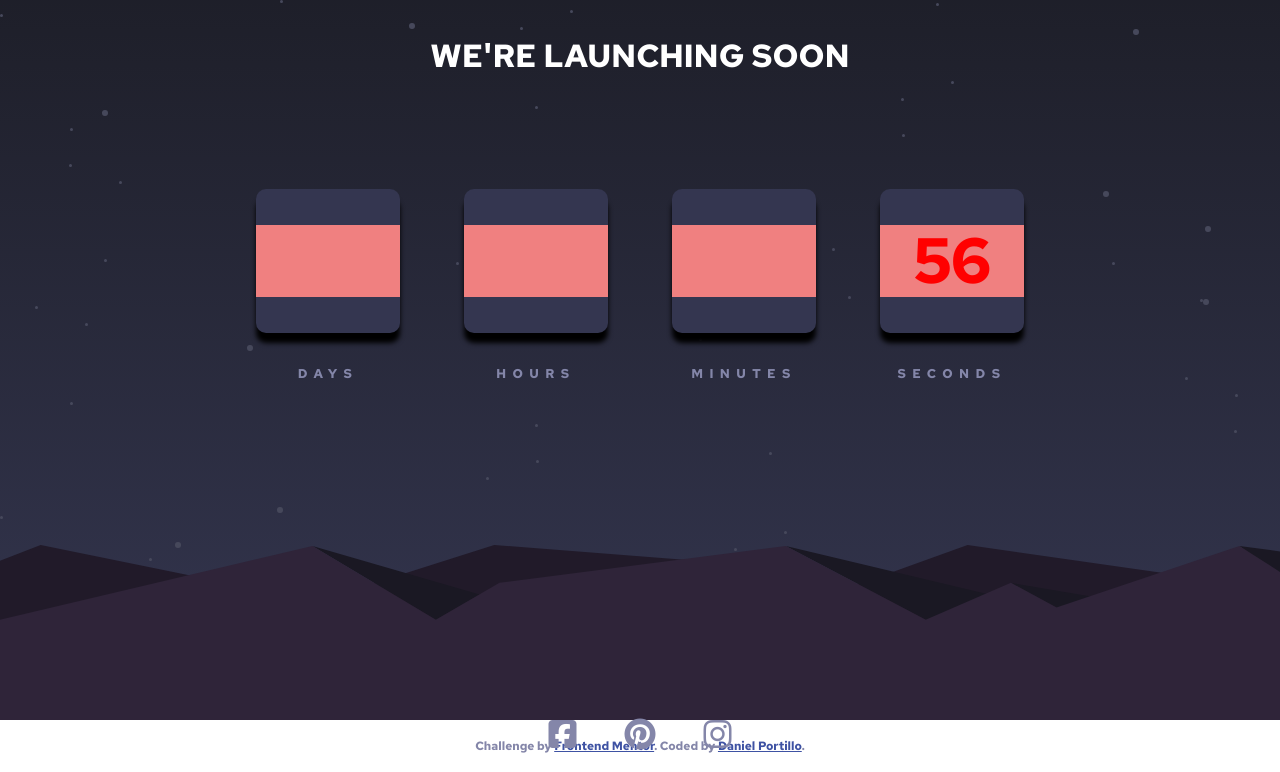
Repository: dportillo23/launch-countdown-timer-main
Page: index.html
An editor plug-in stored every save of this project. The page is shown before and after the next save, followed by the edit.
The browser window is 1280 px wide. The pictures show the whole page.
Some web libraries are served in a nearby version. The style sheet was rebuilt from its Sass, Less or Tailwind sources for each picture, by a compiler version that may differ from the author's.

Above is the page before, as saved 2021-06-28 18:20:37.

### index.html
<!DOCTYPE html>
<html lang="en">

<head>
  <meta charset="UTF-8">
  <meta name="viewport" content="width=device-width, initial-scale=1.0">

  <!-- displays site properly based on user's device -->
  <link rel="stylesheet" href="style.css">
  <link rel="icon" type="image/png" sizes="32x32" href="./images/favicon-32x32.png">

  <!-- Fontawesome connection -->
  <script src="https://kit.fontawesome.com/22e099610c.js" crossorigin="anonymous"></script>
  <link rel="stylesheet" href="path/to/font-awesome/css/font-awesome.min.css">

  <!-- Google fonts -->
  <link rel="preconnect" href="https://fonts.gstatic.com">
  <link href="https://fonts.googleapis.com/css2?family=Red+Hat+Text:wght@700&display=swap" rel="stylesheet">

  <title>Frontend Mentor | Launch countdown timer</title>

</head>

<body>
  <div class="header">
    <div class="container">

      <h1 class="title">We're launching soon</h1>

      <!-- Cards Section -->
      <div class="cards--section">

        <!-- Days card -->
        <div class="cards--container">
          <div class="card--number--container days" id="days">
            14
          </div>
          <h3 class="card--subtitle">Days</h3>
        </div>

        <!-- Hours card -->
        <div class="cards--container">
          <div class="card--number--container front  hours" id="hours">
            00
          </div>
          <h3 class="card--subtitle">Hours</h3>
        </div>

        <!-- Minutes card -->
        <div class="cards--container">
          <div class="card--number--container  minutes" id="minutes">
            00
          </div>
          <h3 class="card--subtitle">Minutes</h3>
        </div>

        <!-- Seconds card -->
        <div class="cards--container">
          <div class="card--number--container seconds" data-value="" id="seconds">
           00
          </div>
          <h3 class="card--subtitle">Seconds</h3>
        </div>
      </div>

      <!-- Social media icons section -->
      <div class="social--container">
        <img src="./images/pattern-hills.svg" alt="hills" srcset="">
        <a href=""><i class="fab fa-facebook-square"></i></a></i><a href=""><i class="fab fa-pinterest"></i></a><a
          href=""><i class="fab fa-instagram"></i></a></div>
    </div>
  </div>

<!-- Footer -->
  <footer>
    <div class="attribution">
      Challenge by <a href="https://www.frontendmentor.io?ref=challenge" target="_blank">Frontend Mentor</a>.
      Coded by <a href="https://dportillo23.github.io/My-Personal-Site/">Daniel Portillo</a>.
    </div>
  </footer>

  <script src="app.js"></script>
</body>

</html>

### app.js
// Constants and DOM objects
const seconds = 1000;
const minutes = seconds * 60;
const hours = minutes * 60;
const days = hours * 24;



//  Timer elements
const timeDays = document.getElementById("days");
const timeHours = document.getElementById("hours");
const timeMinutes = document.getElementById("minutes");
const timeSeconds = document.getElementById("seconds");

// Cards Elements
const daysContainer = document.querySelector(".days");
const hoursContainer = document.querySelector(".hours");
const minutesContainer = document.querySelector(".minutes");
const secondsContainer = document.querySelector(".seconds");




// Functions
function difference(endTime, startTime) {
    return endTime - startTime;
}

function addLeadingZero(num) {
    if (num < 10) {
        num = "0" + num;
    }
    return num;
}


function flipCard(card) {
    card.classList.toggle("flipped");
}


//  Interval to make the countdown
var counter = 0
var leftTime = {
    d: [],
    h: [],
    m: [],
    s: [],
}

//Change 60 for 00
const sixtyToZero = num => {
    if (num == 60) {
        num = "00"
    }

    return num
}

// Set counter final day
const finish = new Date();
finish.setDate(finish.getDate() + 14);

// Start countdown
setInterval(() => {
    const actualTime = new Date();
    const timeDifference = difference(finish, actualTime);

    if (counter === 0) {
        leftTime = {
            d: [Math.floor(timeDifference / days), Math.floor(timeDifference / days)],
            h: [Math.floor((timeDifference % days)/ hours ), Math.floor((timeDifference % days)/ hours )],
            m: [Math.floor((timeDifference % hours) / minutes), Math.floor((timeDifference % hours) / minutes)],
            s: [Math.floor((timeDifference % minutes) / seconds) + 1, Math.floor((timeDifference % minutes) / seconds) + 1],
        }

    } else {
        leftTime = {
            d: [Math.floor(timeDifference / days), leftTime.d[0]],
            h: [Math.floor((timeDifference % days)/ hours ), leftTime.h[0]],
            m: [Math.floor((timeDifference % hours) / minutes), leftTime.m[0]],
            s: [Math.floor((timeDifference % minutes) / seconds) + 1, leftTime.s[0]],
        }
    }


    // Add leading zero if needed
    for (const item in leftTime) {
        leftTime[item] = leftTime[item].map(num => addLeadingZero(num))
    }


    //  Change numbers in HTML
    secondsContainer.setAttribute("data-value", leftTime.s[0])
    timeDays.innerHTML = sixtyToZero(leftTime.d[0]);
    timeHours.innerHTML = sixtyToZero(leftTime.h[0]);
    timeMinutes.innerHTML = sixtyToZero(leftTime.m[0]);
    timeSeconds.innerHTML = sixtyToZero(leftTime.s[0]);

    counter += 1

    console.log(leftTime)

}, 500);

### style.scss
*,
*::before,
*::after {
    box-sizing: border-box;
    margin: 0;
}

$col-ppal: hsl(237, 18%, 59%);
$col-red: hsl(345, 95%, 68%);

$col-dark: hsl(236, 21%, 26%);
$col-dark-blue: hsl(235, 16%, 14%);
$col-darker: hsl(234, 17%, 12%);

body {
    font-family: 'Red Hat Text', sans-serif;
    color: $col-ppal;
}

.header {
    min-height: 100vh;
    display: flex;
    flex-direction: column;
    justify-content: center;
    align-items: center;
    background: linear-gradient($col-dark-blue, $col-dark);
}

.container {
    min-height: 100vh;
    width: 100%;
    display: flex;
    flex-direction: column;
    justify-content: center;
    align-items: center;
    gap: 7em;
    position: relative;
    background: url('./images/bg-stars.svg');
}

.title {
    text-transform: uppercase;
    color: #fff;
}

// Cards Secition

.cards--section {
    display: flex;
    gap: 4em;
}

.cards--container {
    display: flex;
    flex-direction: column;
    gap: 2em;
    justify-content: center;
    align-items: center;
}

.card--number--container {
    display: flex;
    justify-content: center;
    align-items: center;
    padding: 1em;
    width: 2.25em;
    height: 2.25em;
    background-color: $col-dark;
    border-radius: 10px;
    box-shadow: 0 10px 5px black;
    position: relative;
    overflow: hidden;
    transition: all 0.5s ease;
    backface-visibility: hidden;
    transform: rotateX(0deg);
    color: $col-red;
    font-size: 4rem;

    &::before {
        content: attr(data-value);
        width: 100%;
        height: 50%;
        color: red;
        background-color: lightcoral;
        position: absolute;
        display: flex;
        justify-content: center;
        align-items: center;
    }

    // &::after {
    //     content: attr(data-value);
    //     width: 100%;
    //     height: 100%;
    //     color: blue;
    //     position: absolute;
    //     display: flex;
    //     justify-content: center;
    //     align-items: center;
    // }
}

.card--subtitle {
    text-transform: uppercase;
    letter-spacing: 0.5em;
    font-size: 0.8em;
}

// Social media section

.social--container {
    width: 100%;
    height: 100%;
    padding-top: 10em;
    display: flex;
    align-items: center;
    justify-content: center;
    gap: 3em;
    // background: lightblue;

    img {
        width: 100%;

        position: absolute;
        z-index: 0;
        bottom: 0;
    }
}

.fab {
    position: relative;
    top: 2em;
    z-index: 1;
    font-size: 2rem;
    color: $col-ppal;

    &:hover {
        color: $col-red;
    }
}

// Footer

.attribution {
    padding: 1.5em;
    font-size: 12px;
    text-align: center;

    a {
        color: hsl(228, 45%, 44%);
    }
}

After the next save:
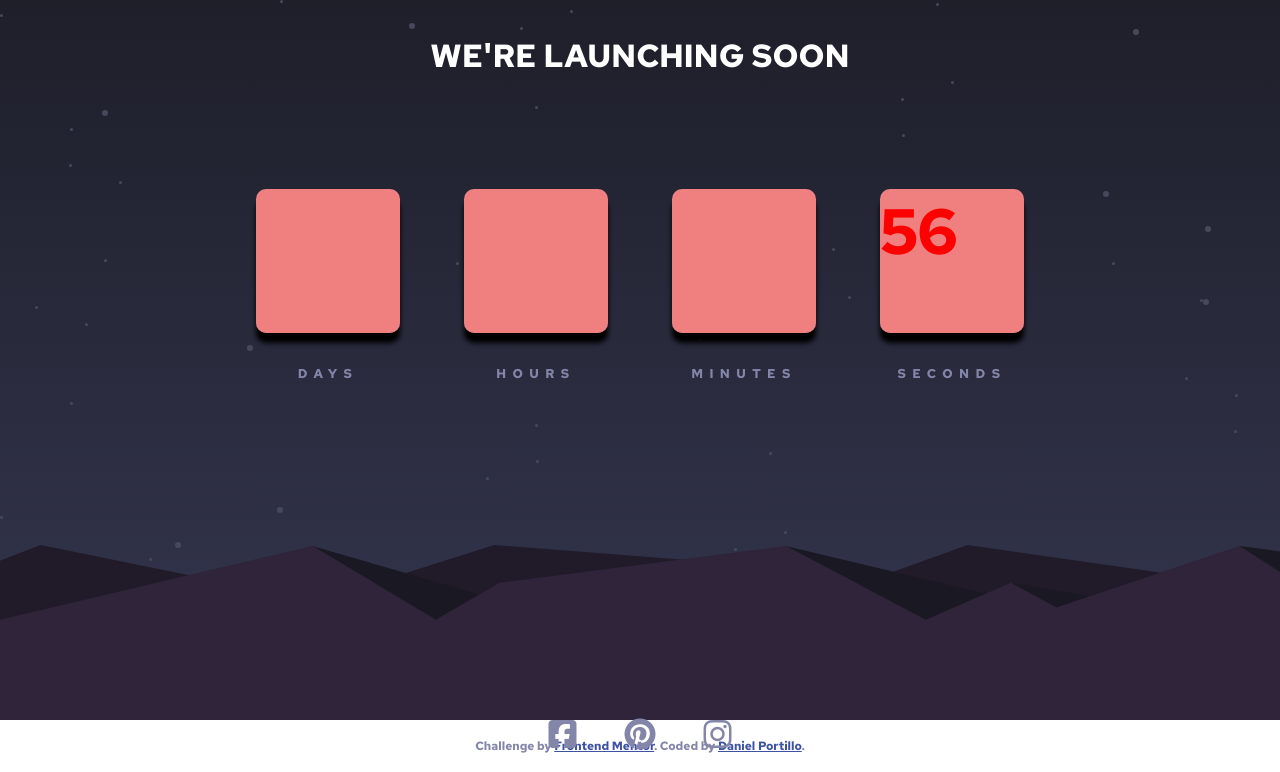
Saved 17 h 52 min later.
--- a/style.scss
+++ b/style.scss
@@ -79,13 +79,10 @@ body {
     &::before {
         content: attr(data-value);
         width: 100%;
-        height: 50%;
+        height: 100%;
         color: red;
         background-color: lightcoral;
         position: absolute;
-        display: flex;
-        justify-content: center;
-        align-items: center;
     }
 
     // &::after {
